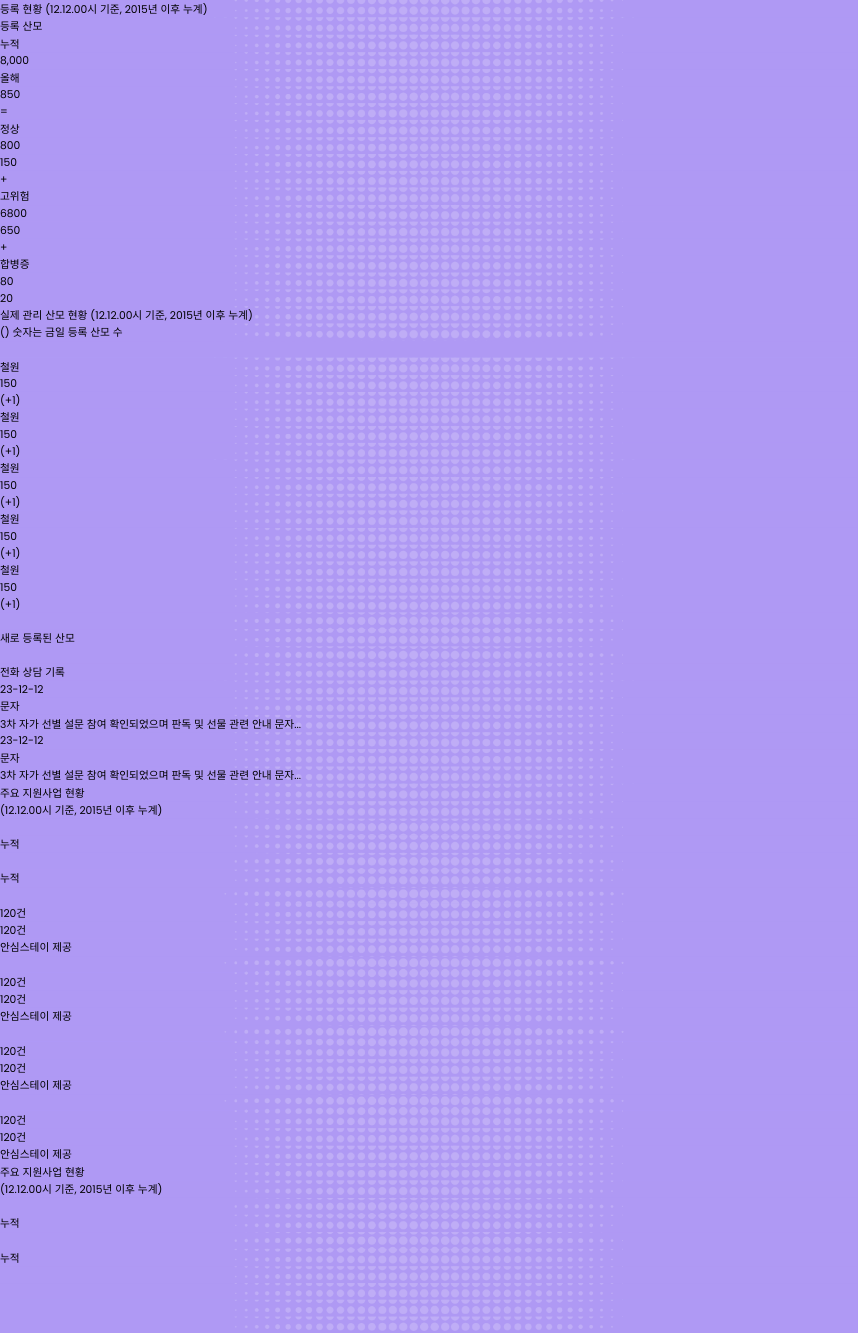
Repository: giapchicuong/Perganancy_Web
Page: index.html
The author's editor kept a copy of each file at every save. The page is drawn from the files as they stood at one save, then again after the next save.
The browser window is 1280 px wide. The pictures show the whole page, at 67% of full size.

Above is the page before, as saved 2024-03-06 11:47:13.

After the next save:
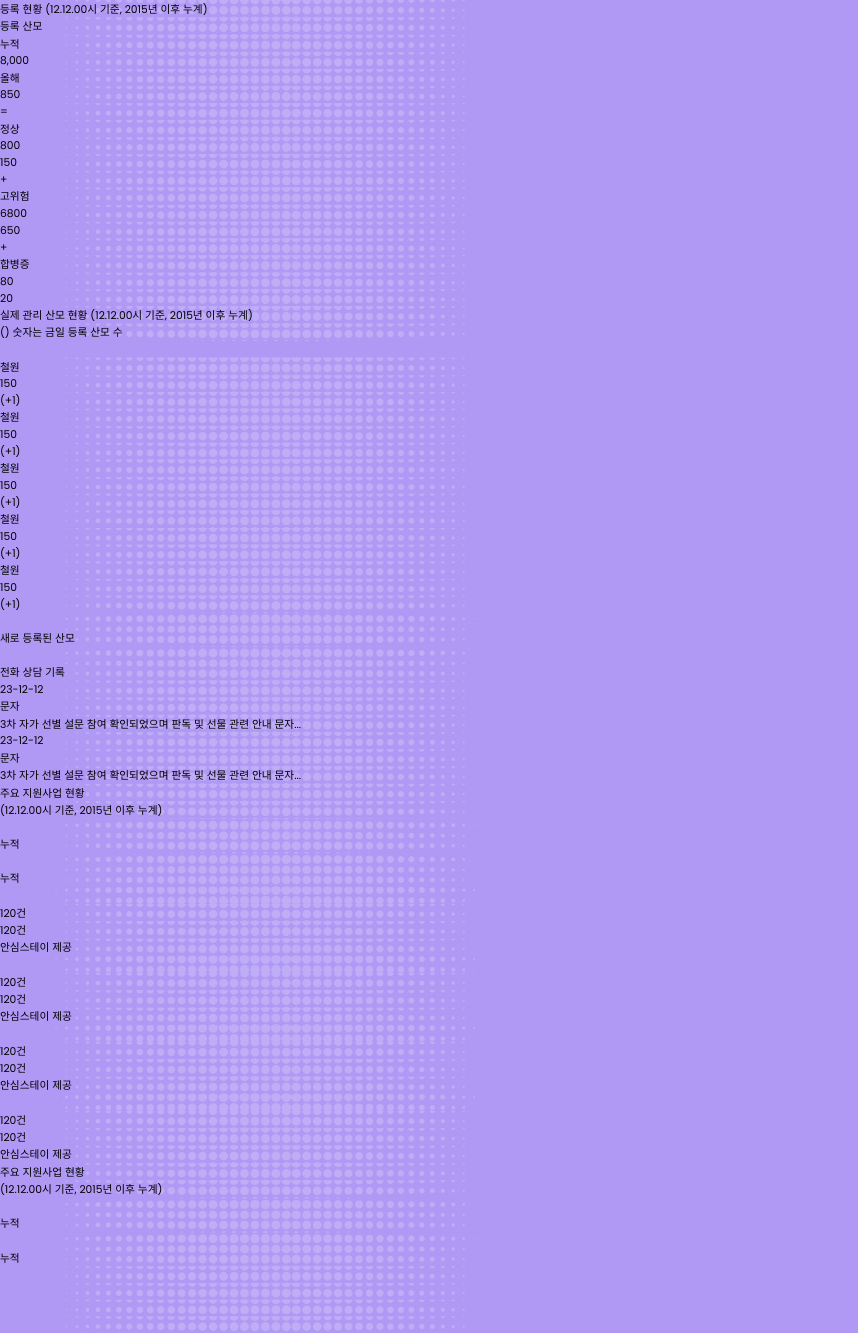
Saved 116 s later.
--- a/assets/base.css
+++ b/assets/base.css
@@ -8,7 +8,7 @@
     background-color: var(--secondary);
     background-image: url("./image/background-top.png");
     background-repeat: no-repeat;
-    background-position: center;
+    background-position: 10% 40%;
     /* background-size: cover;  */
 
 }
